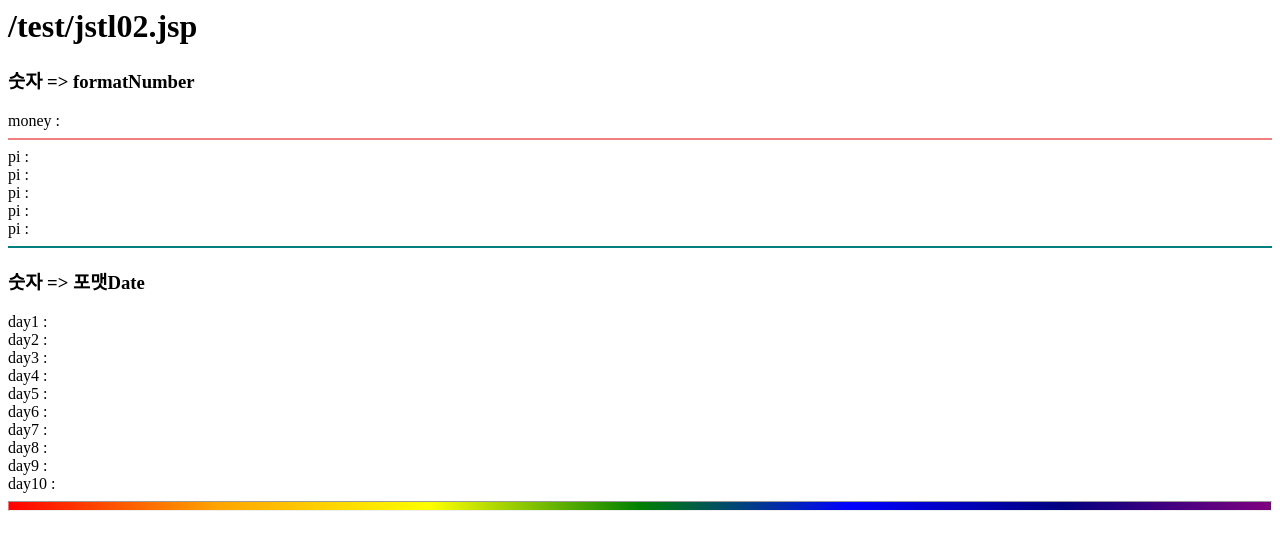
Repository: khsik/Woori-Computer-Academy
Page: http://localhost/mvc/WEB-INF/views/test/jstl02.jsp
An editor plug-in stored every save of this project. The page is shown before and after the next save, followed by the edit.
The browser window is 1280 px wide. The pictures show the whole page.
The page is served by Tomcat 9. Nobody is signed in. The template is opened directly, without the code that normally fills it, so the values that code supplies are empty.

Above is the page before, as saved 2024-05-13 07:13:11.

After the next save:
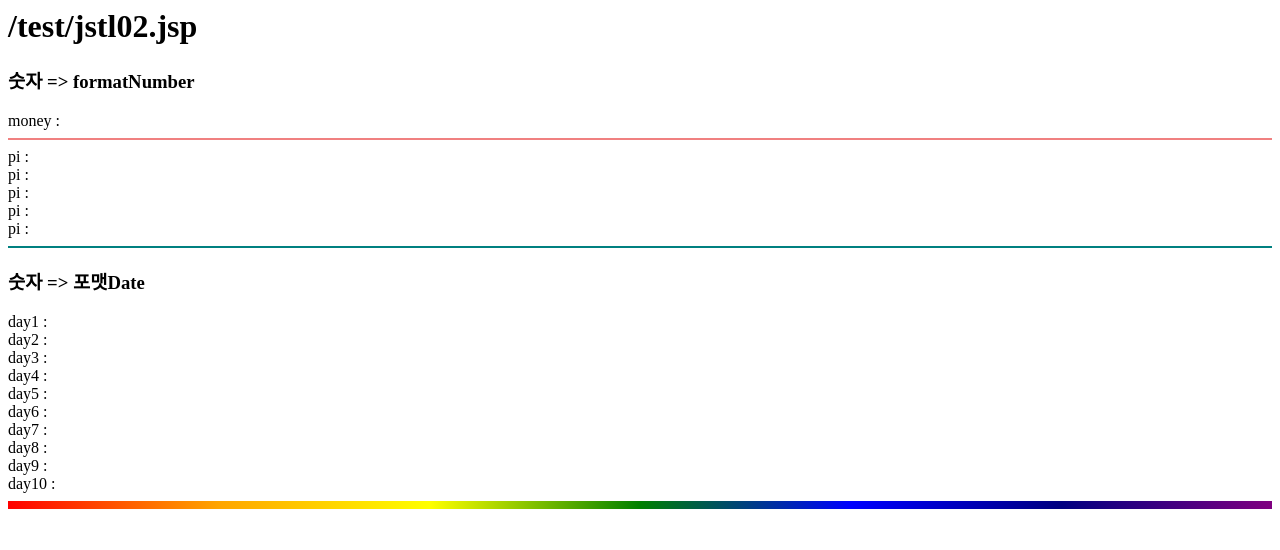
Saved 18 s later.
--- a/mvc/src/main/webapp/WEB-INF/views/test/jstl02.jsp
+++ b/mvc/src/main/webapp/WEB-INF/views/test/jstl02.jsp
@@ -31,4 +31,4 @@ day8 : <fmt:formatDate value="${day }" type="date" dateStyle="medium" /> <br>
 day9 : <fmt:formatDate value="${day }" type="date" dateStyle="short" /> <br>
 day10 : <fmt:formatDate value="${day }" type="date" dateStyle="default" /> <br>
 
-<hr size="10px" style="background: linear-gradient(0.25turn, red, orange, yellow, green, blue, navy, purple);">
+<hr size="10px" style="border:0; background: linear-gradient(0.25turn, red, orange, yellow, green, blue, navy, purple);">
